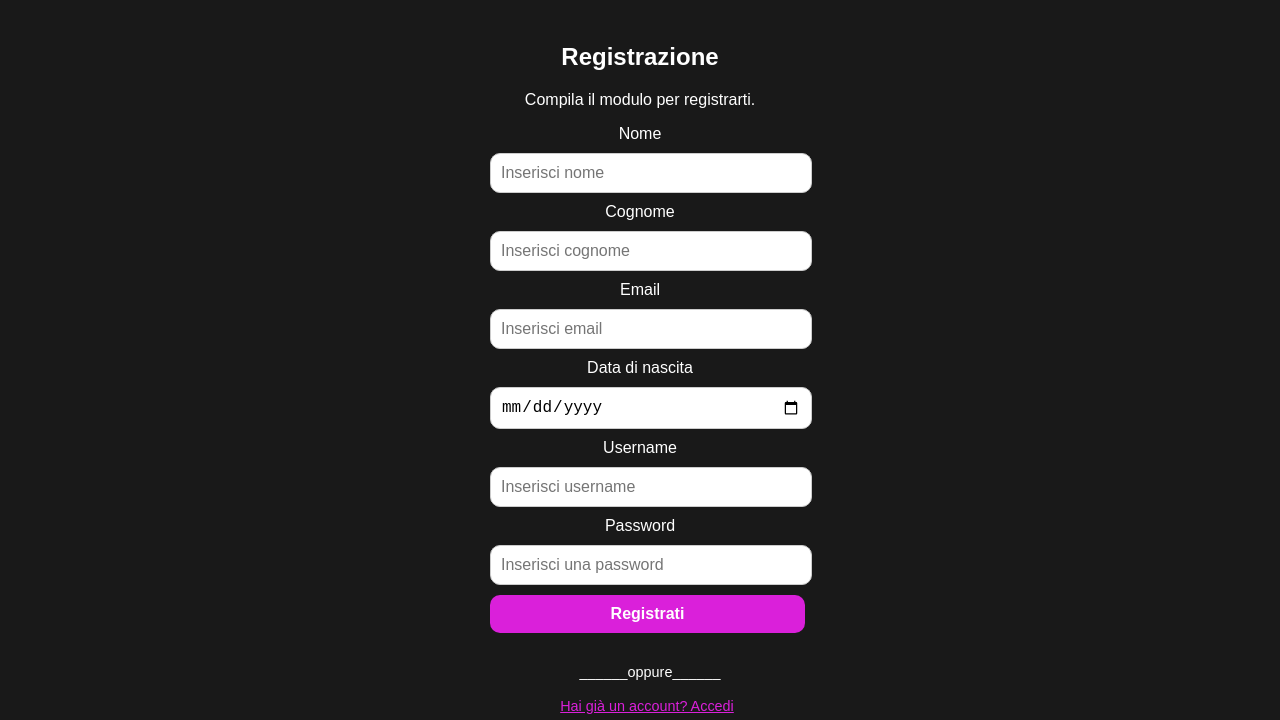
Repository: maxdl98/AppAuto
Page: http://localhost/Registrazione
An editor plug-in stored every save of this project. The page is shown before and after the next save, followed by the edit.
The browser window is 1280 px wide. The pictures show the whole page.
The pointer rests on the first visible `.container a`.
The page is this project's Thymeleaf template; nobody is signed in. The template is opened directly, without the code that normally fills it, so the values that code supplies are empty.

Above is the page before, as saved 2025-01-13 08:41:36.

After the next save:
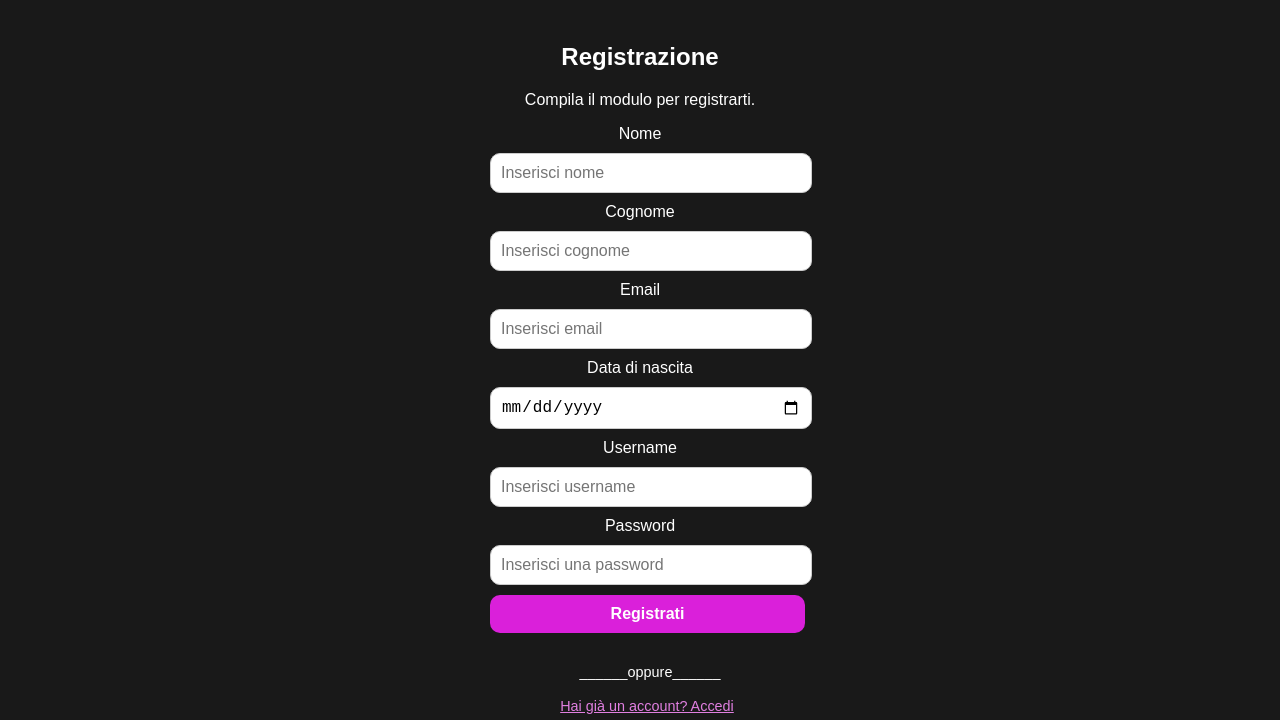
Saved 114 s later.
--- a/AutoApp/src/main/resources/templates/Registrazione.html
+++ b/AutoApp/src/main/resources/templates/Registrazione.html
@@ -72,6 +72,7 @@
 
         .container a:hover {
             text-decoration: underline;
+            color: #e07fe0;
         }
 
         .container .divider {
